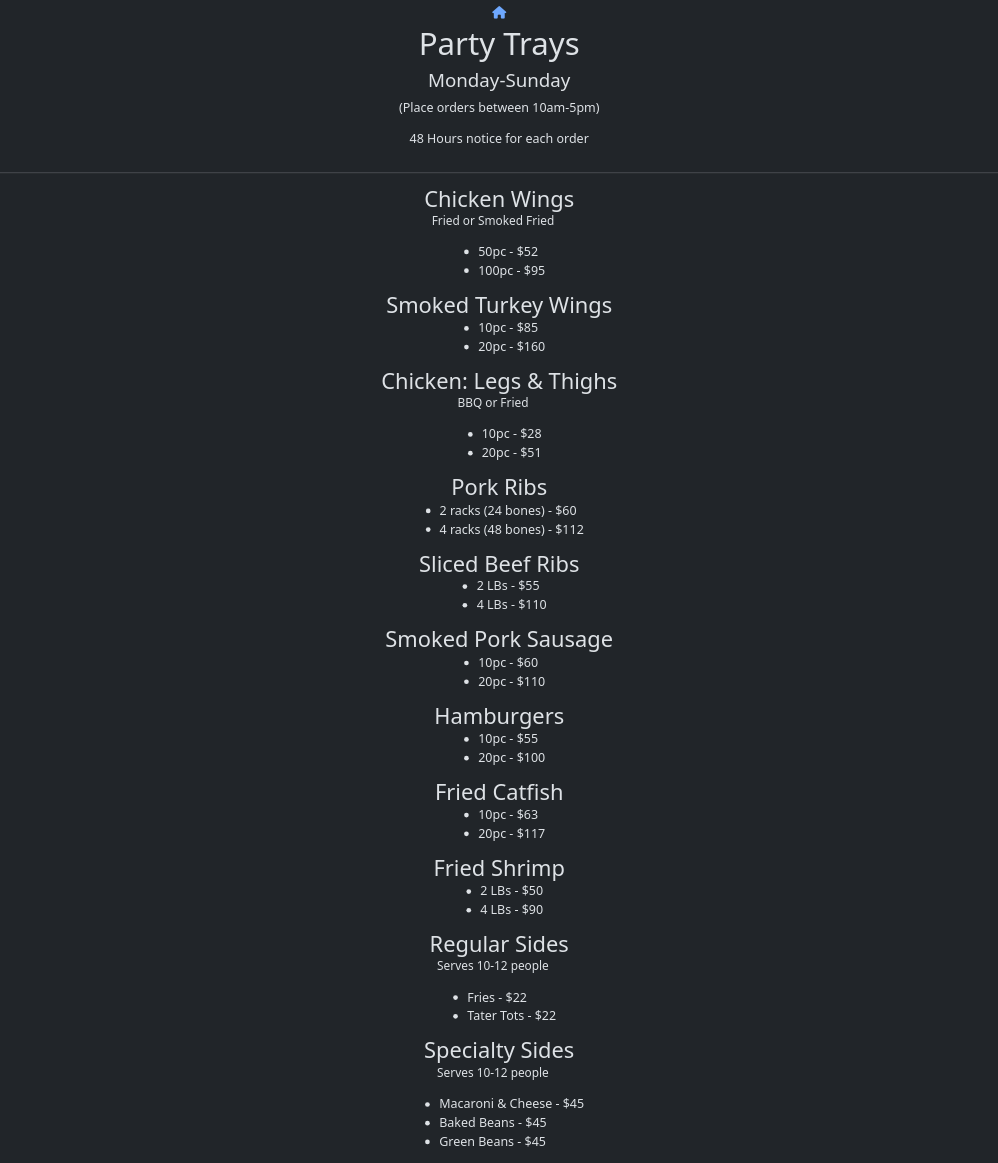
Repository: dukedward/smokehousemenu
Page: trays/index.html
The author's editor kept a copy of each file at every save. The page is drawn from the files as they stood at one save, then again after the next save.
The browser window is 1280 px wide. The pictures show the whole page, at 78% of full size.
Some web libraries are served in a nearby version.

Above is the page before, as saved 2023-03-01 13:39:03.

### trays/index.html
<!DOCTYPE html>
<html lang="en" data-bs-theme="dark">
<head>
    <meta charset="UTF-8">
    <meta http-equiv="X-UA-Compatible" content="IE=edge">
    <meta name="viewport" content="width=device-width, initial-scale=1.0">
    <link rel="stylesheet" href="https://cdnjs.cloudflare.com/ajax/libs/font-awesome/6.3.0/css/all.min.css" integrity="sha512-SzlrxWUlpfuzQ+pcUCosxcglQRNAq/DZjVsC0lE40xsADsfeQoEypE+enwcOiGjk/bSuGGKHEyjSoQ1zVisanQ==" crossorigin="anonymous" referrerpolicy="no-referrer" />
    <link href="https://cdn.jsdelivr.net/npm/bootstrap@5.3.0-alpha1/dist/css/bootstrap.min.css" rel="stylesheet" integrity="sha384-GLhlTQ8iRABdZLl6O3oVMWSktQOp6b7In1Zl3/Jr59b6EGGoI1aFkw7cmDA6j6gD" crossorigin="anonymous">
    <link rel="stylesheet" href="../style.css" />
    <link rel="shortcut icon" href="../images/favicon.ico" type="image/x-icon">
    <title>Party Trays</title>
</head>
<body>
    <div class="title">
        <a href="/">
            <i class="fa-solid fa-house mt-2 mb-2"></i>
        </a>
        <h1>Party Trays</h1>
        <h4>Monday-Sunday</h4>
        <p>(Place orders between 10am-5pm)</p>
        <p>48 Hours notice for each order</p>
    </div>
    <hr>
    <div class="sections">
        <div class="sect">
            <h3>Chicken Wings</h3>
            <div class="desc">
                <p>Fried or Smoked Fried</p>
            </div>
            <ul>
                <li>50pc - $52</li>
                <li>100pc - $95</li>
            </ul>
        </div>
        <div class="sect">
            <h3>Smoked Turkey Wings</h3>
            <ul>
                <li>10pc - $85</li>
                <li>20pc - $160</li>
            </ul>
        </div>
        <div class="sect">
            <h3>Chicken: Legs & Thighs</h3>
            <div class="desc">
                <p>BBQ or Fried</p>
            </div>
            <ul>
                <li>10pc - $28</li>
                <li>20pc - $51</li>
            </ul>
        </div>
        <div class="sect">
            <h3>Pork Ribs</h3>
            <ul>
                <li>2 racks (24 bones) - $60</li>
                <li>4 racks (48 bones) - $112</li>
            </ul>
        </div>
        <div class="sect">
            <h3>Sliced Beef Ribs</h3>
            <ul>
                <li>2 LBs - $55</li>
                <li>4 LBs - $110</li>
            </ul>
        </div>
        <div class="sect">
            <h3>Smoked Pork Sausage</h3>
            <ul>
                <li>10pc - $60</li>
                <li>20pc - $110</li>
            </ul>
        </div>
        <div class="sect">
            <h3>Hamburgers</h3>
            <ul>
                <li>10pc - $55</li>
                <li>20pc - $100</li>
            </ul>
        </div>
        <div class="sect">
            <h3>Fried Catfish</h3>
            <ul>
                <li>10pc - $63</li>
                <li>20pc - $117</li>
            </ul>
        </div>
        <div class="sect">
            <h3>Fried Shrimp</h3>
            <ul>
                <li>2 LBs - $50</li>
                <li>4 LBs - $90</li>
            </ul>
        </div>
        <div class="sect">
            <h3>Regular Sides</h3>
            <div class="desc">
                <p>Serves 10-12 people</p>
            </div>
            <ul>
                <li>Fries - $22</li>
                <li>Tater Tots - $22</li>
            </ul>
        </div>
        <div class="sect">
            <h3>Specialty Sides</h3>
            <div class="desc">
                <p>Serves 10-12 people</p>
            </div>
            <ul>
                <li>Macaroni & Cheese - $45</li>
                <li>Baked Beans - $45</li>
                <li>Green Beans - $45</li>
            </ul>
        </div>
    </div>
    <script src="https://cdn.jsdelivr.net/npm/bootstrap@5.3.0-alpha1/dist/js/bootstrap.bundle.min.js" integrity="sha384-w76AqPfDkMBDXo30jS1Sgez6pr3x5MlQ1ZAGC+nuZB+EYdgRZgiwxhTBTkF7CXvN" crossorigin="anonymous"></script>
</body>
</html>

### style.css
.container {
    height: 100vh;
}

.title {
	display: flex;
	flex-direction: column;
	justify-content: center;
	align-items: center;
}

.sections {
	display: grid;
}

.sect, .sub-sect {
	display: flex;
	flex-direction: column;
	justify-content: left;
	align-items: center;
}

.sect h2,h3 {
    margin-bottom: 0;
}

.desc {
    display: flex;
    flex-direction: row;
    justify-content: space-between;
}

.desc p {
    padding-right: 1rem;
    font-size: .95rem;
}

After the next save:
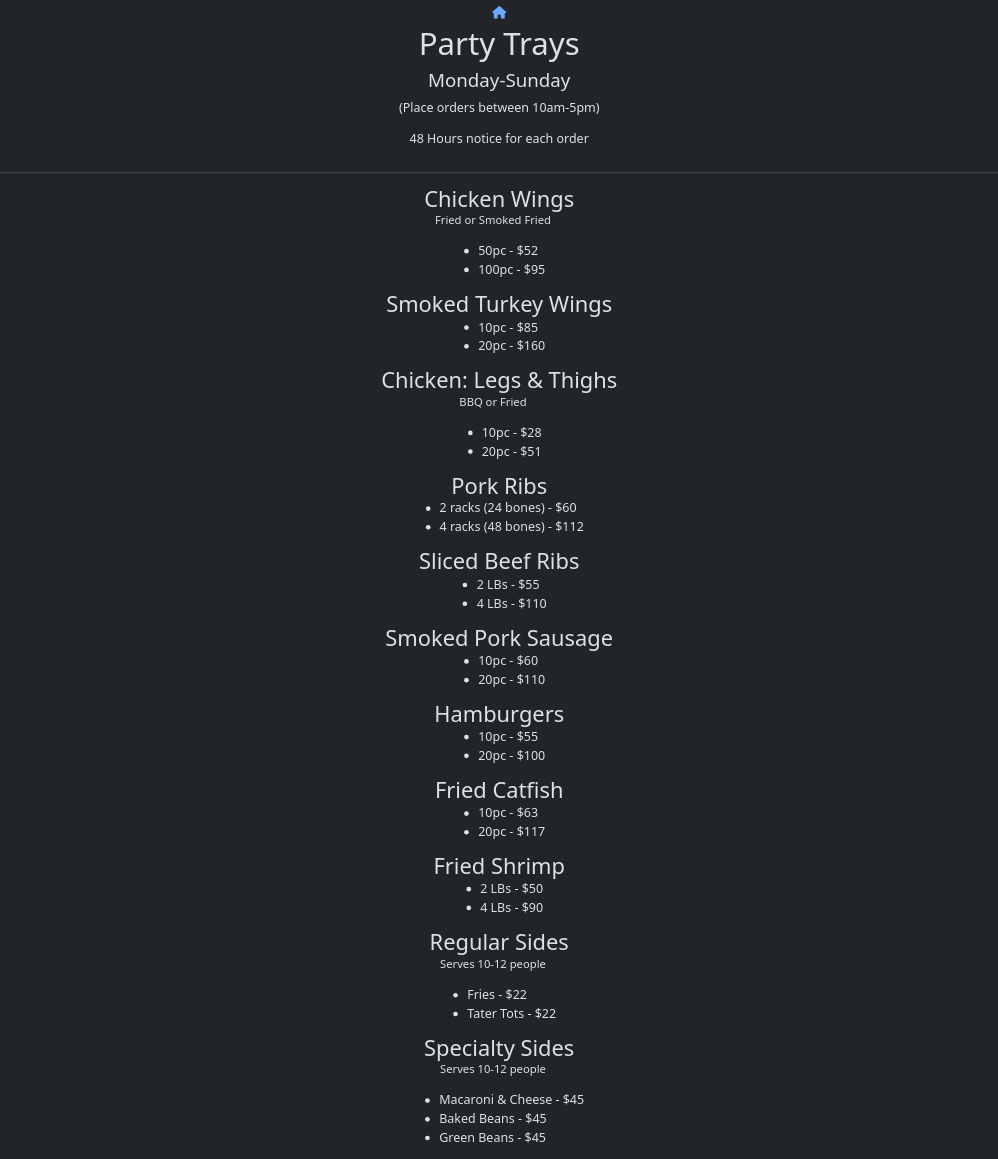
Saved 8 s later.
--- a/style.css
+++ b/style.css
@@ -32,5 +32,5 @@
 
 .desc p {
     padding-right: 1rem;
-    font-size: .95rem;
+    font-size: .90rem;
 }
